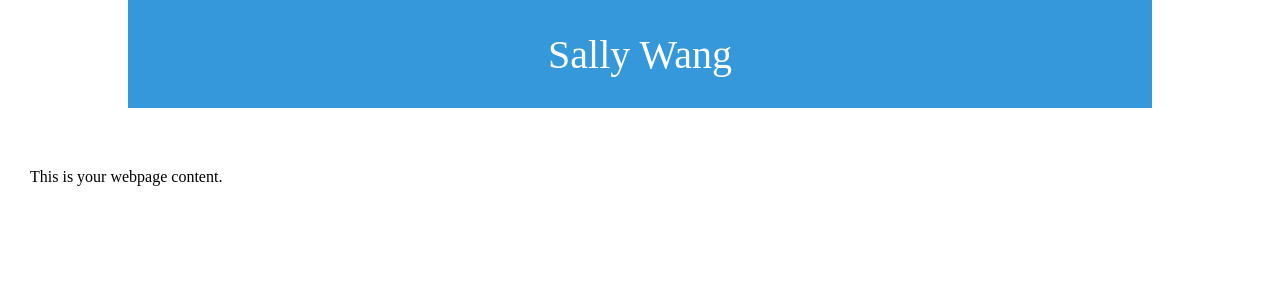
Repository: tianjiewang2022/tianjiewang2022.github.io
Page: index.html
The author's editor kept a copy of each file at every save. The page is drawn from the files as they stood at one save, then again after the next save.
The browser window is 1280 px wide. The pictures show the whole page.

Above is the page before, as saved 2023-10-01 22:21:50.

### index.html
<!DOCTYPE html>
<html lang="en">

    <head>
        <meta charset="UTF-8">
        <meta name="viewport" content="width=device-width, initial-scale=1.0">
        <title>Sally's Webpage</title>
        <style>
            body {
                margin-left: 10px;
                margin-right: 10px;
                padding: 10px;
            }

            header {
                background-color: #3498db;
                /* Choose your header color */
                color: white;
                position: fixed;
                top: 0;
                left: 10%;
                right: 10%;
                /* width: 100%; */
                height: 15%;
                /* Adjust the header height as needed */
                display: flex;
                align-items: center;
                justify-content: center;
                /* z-index: 100; */
                font-size: 40px;
            }

            .container {
                margin-top: 10%;
                /* Ensure content starts below the header */
                padding: 10px;
            }
        </style>
    </head>

    <body>
        <header>
            Sally Wang
        </header>

        <div class="container">
            <!-- Your content goes here -->
            <p>This is your webpage content.</p>
        </div>
    </body>

</html>

After the next save:
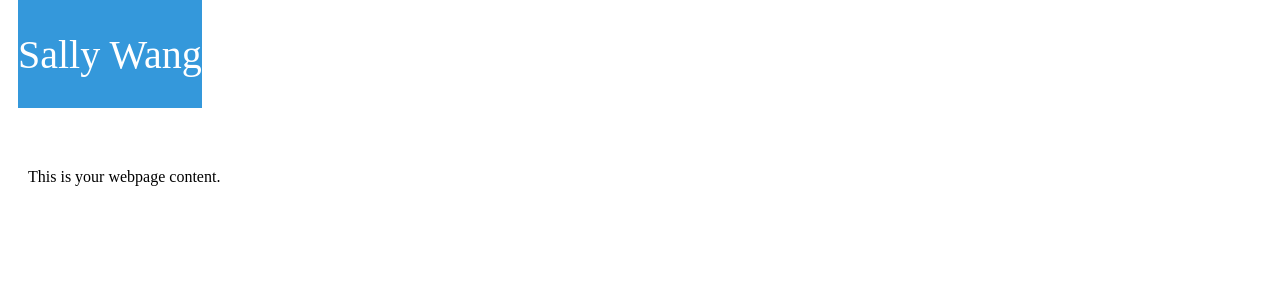
Saved 99 s later.
--- a/index.html
+++ b/index.html
@@ -7,9 +7,9 @@
         <title>Sally's Webpage</title>
         <style>
             body {
-                margin-left: 10px;
-                margin-right: 10px;
                 padding: 10px;
+                left: 3%;
+                right: 3%;
             }
 
             header {
@@ -18,9 +18,7 @@
                 color: white;
                 position: fixed;
                 top: 0;
-                left: 10%;
-                right: 10%;
-                /* width: 100%; */
+
                 height: 15%;
                 /* Adjust the header height as needed */
                 display: flex;
